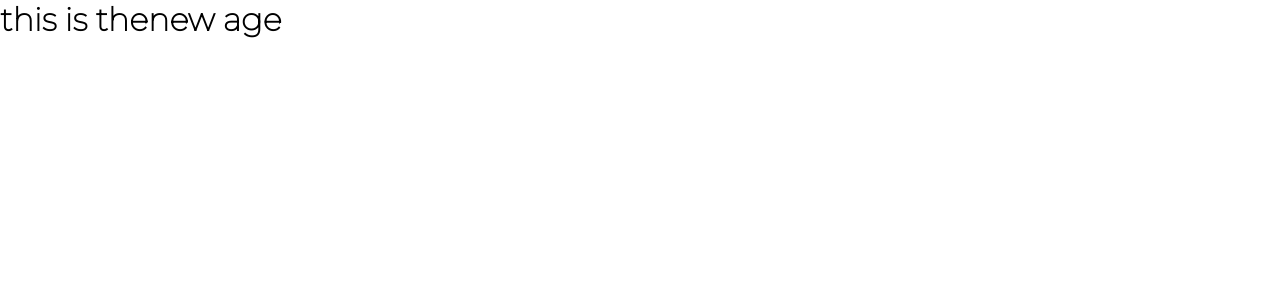
Repository: Suporl9/BookMarkerApp
Page: index.html
These files come from the project's save history. The page is drawn as it stood at one moment and after the next save; the edit follows.
The browser window is 1280 px wide. The pictures show the whole page.

Above is the page before, as saved 2021-11-21 17:09:36.

### index.html
<!DOCTYPE html>
<html lang="en">
  <head>
    <meta charset="UTF-8" />
    <meta http-equiv="X-UA-Compatible" content="IE=edge" />
    <meta name="viewport" content="width=device-width, initial-scale=1.0" />
    <link rel="stylesheet" href="./style.css" />
    <title>Document</title>
  </head>
  <body>
    <h1>this is thenew age</h1>
  </body>
</html>

### style.css
@import url("https://fonts.googleapis.com/css2?family=Montserrat:wght@100&display=swap");

:root {
  --main-bg-color: rgb(255, 255, 255);
}
* {
  background-color: var(--main-bg-color);
  font-family: "Montserrat", sans-serif;
  box-sizing: border-box; /* includes padding in height and width(the box outside doesnot get bigger when adding padding and stuff)*/
  margin: 0;
  padding: 0;
}

After the next save:
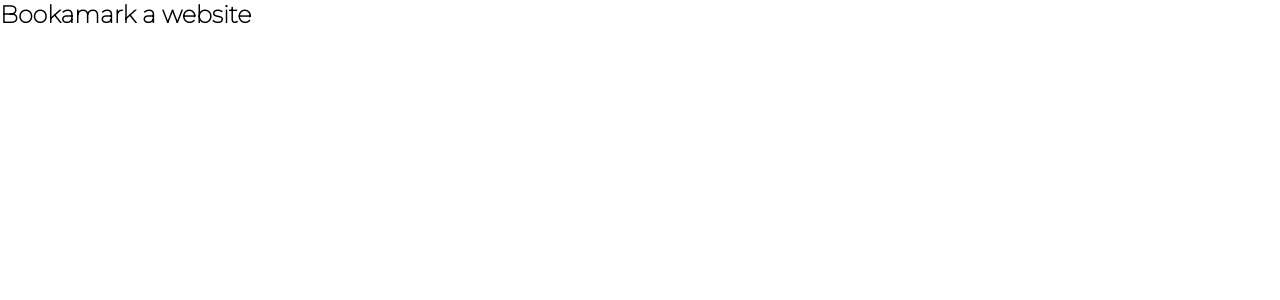
Saved 4 min 10 s later.
--- a/index.html
+++ b/index.html
@@ -8,6 +8,14 @@
     <title>Document</title>
   </head>
   <body>
-    <h1>this is thenew age</h1>
+    <div class="container">
+      <div class="bookmarkerSection"></div>
+      <div class="vh"></div>
+      <div class="formInput">
+        <form>
+          <h2>Bookamark a website</h2>
+        </form>
+      </div>
+    </div>
   </body>
 </html>
